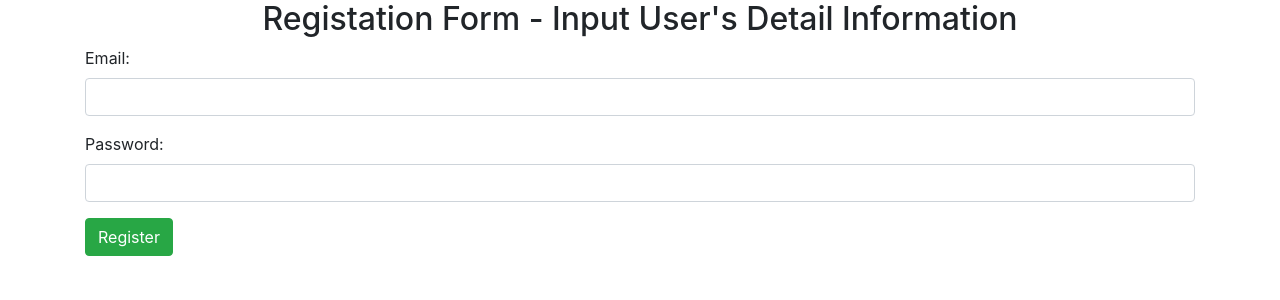
Repository: thanhbui99/java-eclipse
Page: http://localhost/userProject/dang-nhap
The author's editor kept a copy of each file at every save. The page is drawn from the files as they stood at one save, then again after the next save.
The browser window is 1280 px wide. The pictures show the whole page.
The page is served by Tomcat 9.

Above is the page before, as saved 2020-11-02 08:20:48.

After the next save:
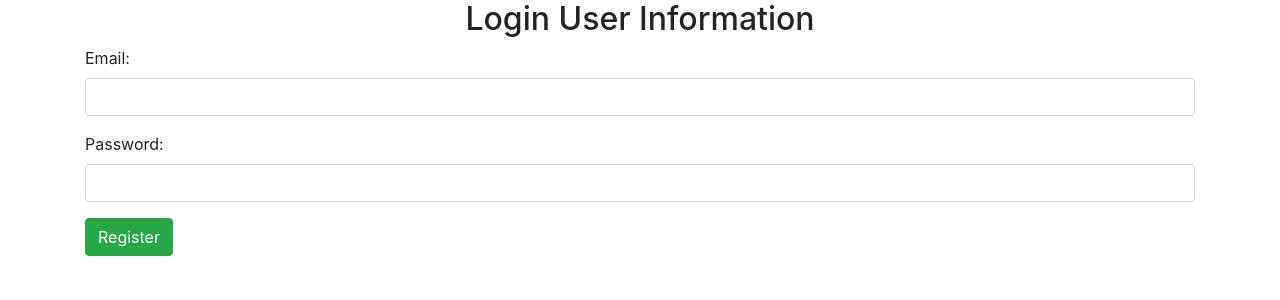
Saved 27 s later.
--- a/workspace/userProject/WebContent/WEB-INF/View/Login.jsp
+++ b/workspace/userProject/WebContent/WEB-INF/View/Login.jsp
@@ -26,7 +26,7 @@
 	<div class="container">
 		<div class="panel panel-primary">
 			<div class="panel-heading">
-				<h2 class="text-center">Registation Form - Input User's Detail
+				<h2 class="text-center">Login User
 					Information</h2>
 			</div>
 			<div class="panel-body">
